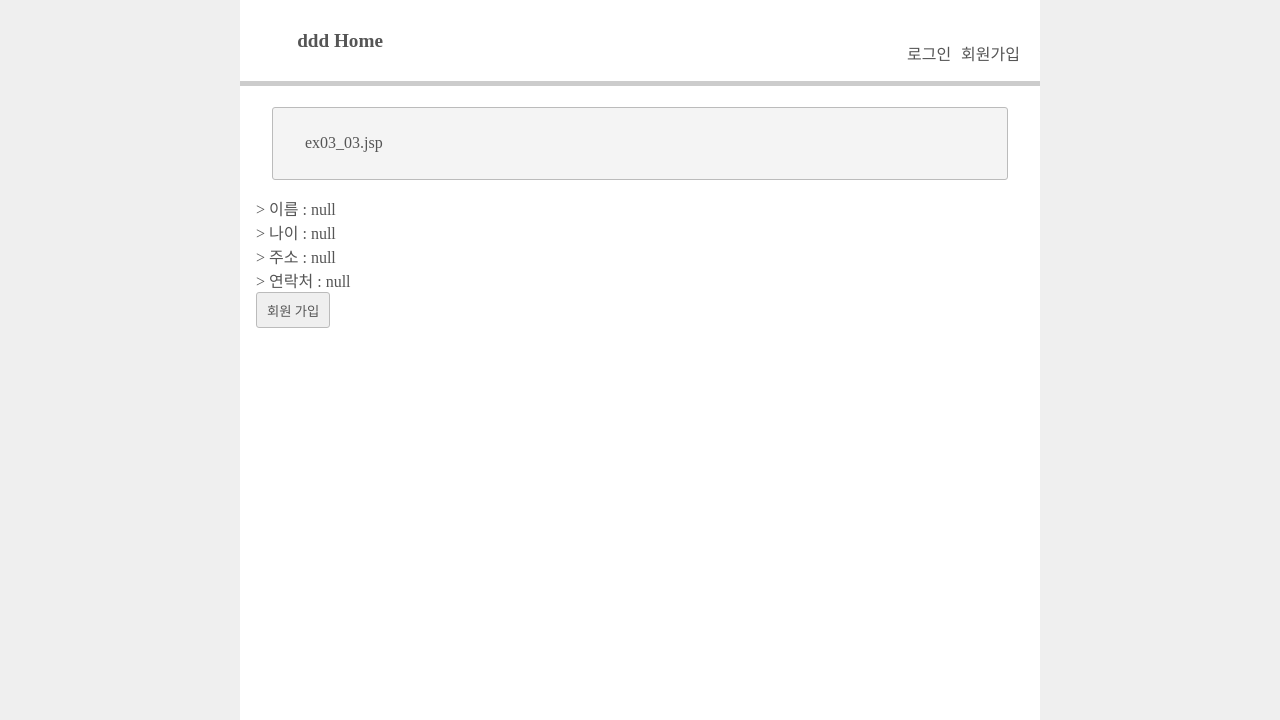
Repository: Deneb0000/JSP
Page: http://localhost/jspPro/days04/ex03_03.jsp
These files come from the project's save history. The page is drawn as it stood at one moment and after the next save; the edit follows.
The browser window is 1280 px wide. The pictures show the whole page.
Some web fonts or font styles are not loaded; a fallback is used. The page is served by Tomcat 9.

Above is the page before, as saved 2024-10-18 06:12:08.

After the next save:
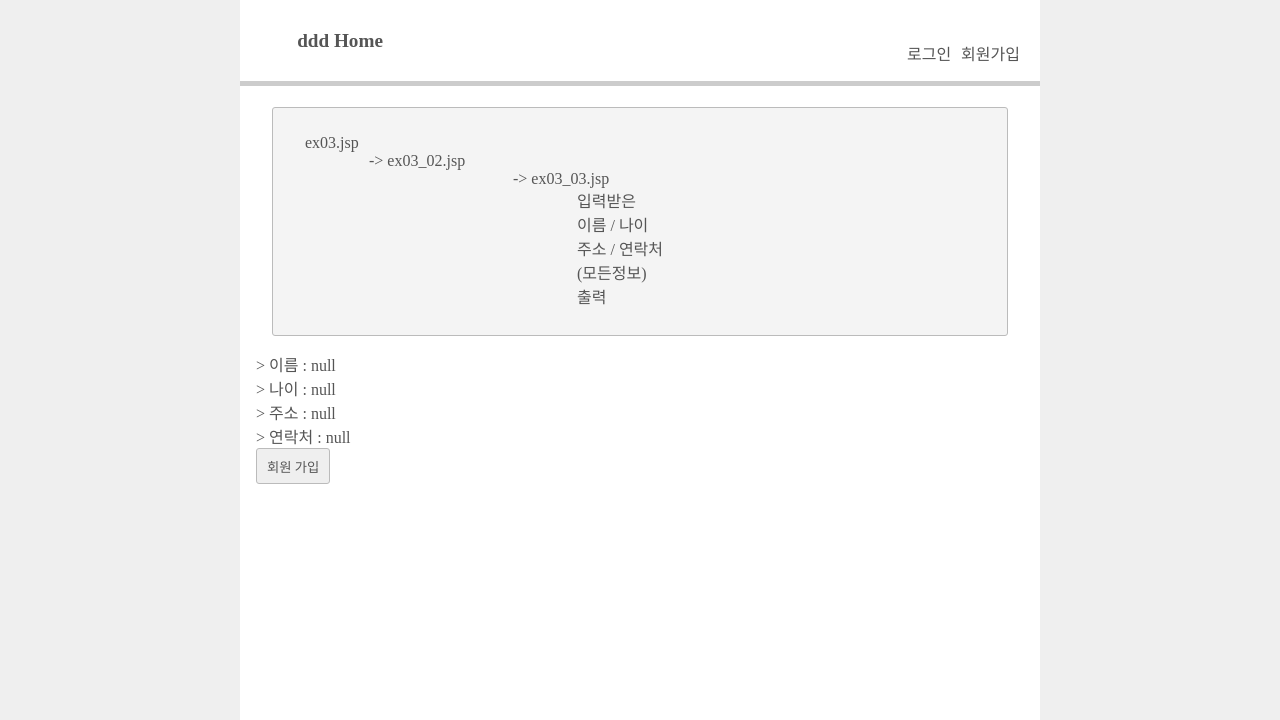
Saved 43 s later.
--- a/jspPro/src/main/webapp/days04/ex03_03.jsp
+++ b/jspPro/src/main/webapp/days04/ex03_03.jsp
@@ -27,7 +27,14 @@
 </header>
 <div>
   <xmp class="code">
-    ex03_03.jsp
+    ex03.jsp
+    		    -> ex03_02.jsp
+			    				-> ex03_03.jsp
+							    		입력받은
+							    		이름 / 나이
+							    		주소 / 연락처
+							    		(모든정보)
+							    		출력
   </xmp>
   <%
   String name     = request.getParameter("name");
